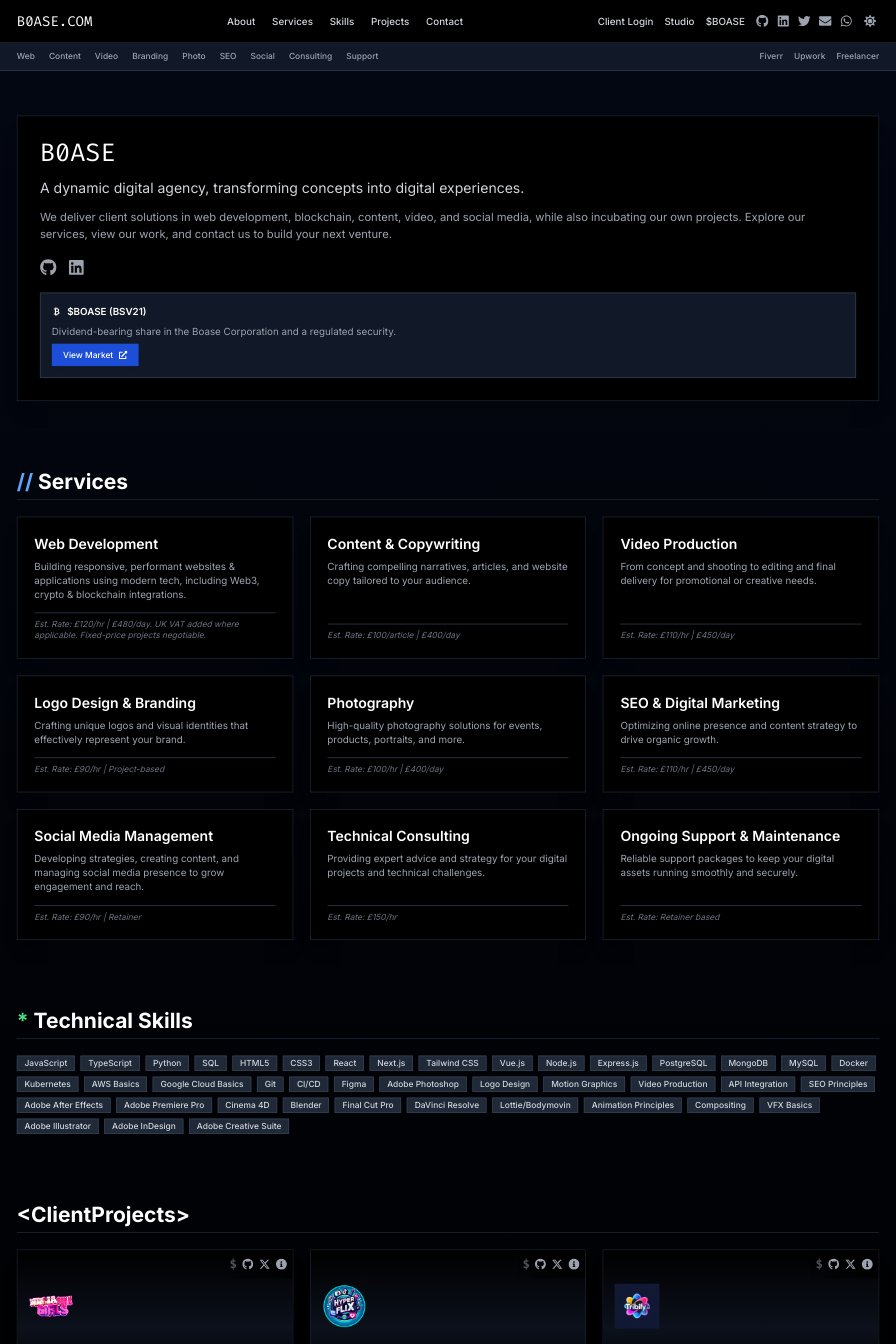
Repository: b0ase/rafskitchen
Page: /
These files come from the project's save history. The page is drawn as it stood at one moment and after the next save; the edit follows.
The browser window is 1280 px wide. The pictures show the part of the page from y = 0 to 1920 px (the page is 4732 px tall before and 4752 px after), at 70% of full size.
The project was rebuilt for these pictures with package versions that can differ from the ones it lists, and the page was loaded fresh each time. The framework's server and built-in components were replaced by stand-ins that run in the browser. Also part of the build but not shown: next.config.js.

Above is the page before, as saved 2025-05-02 15:48:04.

### app/layout.tsx
import type { Metadata } from "next";
// Import both Inter and Fira_Code
import { Inter, Fira_Code } from "next/font/google";
import "./globals.css";
import Header from "./components/Header";
import Footer from "./components/Footer";
// Import new nav components
import ServicesNavigation from "./components/ServicesNavigation";
// Import ThemeProvider
import { ThemeProvider } from "./context/ThemeContext";

// Configure Inter (for default body text)
const inter = Inter({
  subsets: ["latin"],
  display: 'swap',
  variable: '--font-inter', // Variable for Inter
});

// Configure Fira_Code (for specific elements)
const fira_code = Fira_Code({
  subsets: ["latin"],
  display: 'swap',
  variable: '--font-fira-code', // Variable for Fira Code
});

export const metadata: Metadata = {
  title: "B0ASE.COM | Digital Agency",
  description: "B0ASE.COM - Digital Agency specializing in Web Development, Blockchain, Content, Video, and Social Media.",
};

export default function RootLayout({
  children,
}: {
  children: React.ReactNode;
}) {
  return (
    <html lang="en" suppressHydrationWarning className={`${inter.variable} ${fira_code.variable}`}>
      <head>
        <script
          dangerouslySetInnerHTML={{
            __html: `
              (function() {
                function getInitialTheme() {
                  try {
                    const storedTheme = window.localStorage.getItem('theme');
                    if (storedTheme) return storedTheme;
                    return window.matchMedia('(prefers-color-scheme: dark)').matches ? 'dark' : 'light';
                  } catch (e) {
                    // If localStorage is unavailable (e.g., cookies disabled or SSR)
                    return 'light'; // Default to light theme
                  }
                }
                const theme = getInitialTheme();
                if (theme === 'dark') {
                  document.documentElement.classList.add('dark');
                }
              })();
            `,
          }}
        />
        {/* Other head elements like meta tags will be injected by Next.js here */}
      </head>
      {/* Apply default font (Inter) via font-sans class */}
      <body className={`font-sans`}>
        <ThemeProvider>
          {/* Header and Footer MUST be outside ThemeProvider or siblings to {children} to wrap content */}
          <Header />
          <ServicesNavigation />
          <div className="flex flex-col min-h-screen"> {/* Optional wrapper for main content flex */}
            <main className="flex-grow">
              {children}
            </main>
          </div>
          <Footer />
        </ThemeProvider>
      </body>
    </html>
  );
}

### app/globals.css
@tailwind base;
@tailwind components;
@tailwind utilities;

body {
  /* Base light theme styles */
  @apply bg-white text-gray-900;
}

/* Define dark mode styles using the 'dark' class applied by ThemeContext */
html.dark body {
   @apply bg-gradient-to-b from-gray-950 via-black to-gray-950 text-gray-300;
}

@layer utilities {
  .text-balance {
    text-wrap: balance;
  }
}

### app/components/Footer.tsx
'use client';

import React from 'react';

export default function Footer() {
  const currentYear = new Date().getFullYear();

  return (
    <footer className="bg-gray-950 border-t border-gray-800 mt-16 py-6">
      <div className="container mx-auto px-4 text-center text-gray-500 text-sm">
        <p>&copy; {currentYear} b0ase.com. All rights reserved.</p>
        {/* Optional: Add links to privacy policy, terms, etc. */}
      </div>
    </footer>
  );
}

### app/components/ProjectCardImage.tsx
'use client';

import React from 'react';
import Image from 'next/image';

interface ProjectCardImageProps {
  imageUrls: string[];
  alt: string;
}

const ProjectCardImage: React.FC<ProjectCardImageProps> = ({
  imageUrls,
  alt,
}) => {
  // Handle cases with no images
  if (!imageUrls || imageUrls.length === 0) {
    // Return null or a minimal placeholder, parent div now handles background
    return null;
  }

  // Always use the first image
  const imageUrl = imageUrls[0];

  return (
    <Image
      src={imageUrl}
      alt={alt}
      width={64}
      height={64}
      className="object-contain"
      priority
    />
  );
};

export default ProjectCardImage;

### lib/data.ts
import { Url } from "url";

// Helper function to create project stubs
const createProjectStub = (id: number, title: string, description: string, status?: string, tech?: string[], tokenName?: string, tokenProgressPercent?: number, cardImageUrls?: string[], xUrl?: string, githubUrl?: string, notionUrl?: string) => {
  // Ensure title is treated as a string for slug generation
  const safeTitle = (title || '');
  const slug = safeTitle.toLowerCase().replace(/\s+/g, '-') // Replace spaces with hyphens
                       .replace(/[^a-z0-9\-]/g, '') // Remove invalid chars
                       .replace(/\.+/g, '-'); // Replace periods with hyphens specifically for domain-like titles

  const defaultStatus = status || 'Concept';
  const defaultTech = tech || [];
  const defaultTokenName = tokenName || '';
  const defaultTokenProgress = tokenProgressPercent || 0;
  const defaultCardImageUrls = cardImageUrls || []; // Default to empty array

  return {
    id,
    title,
    slug, // Add generated slug
    description,
    tech: defaultTech,
    githubUrl: githubUrl || `https://github.com/b0ase/${slug}`, // Use slug for default URLs too?
    xUrl: xUrl || `https://x.com/${slug}`,
    notionUrl: notionUrl || '#',
    tokenName: defaultTokenName,
    tokenProgressPercent: defaultTokenProgress,
    status: defaultStatus,
    type: 'domain', // Default type, can be overridden
    cardImageUrls: defaultCardImageUrls // Use the new array field
  };
};

// Define the structure for a Service
export interface Service {
  id: number;
  slug: string;
  title: string;
  description: string;
  detailedDescription: string;
  priceInfo?: string;
}

// Define the structure for a Project
export interface Project {
  id: number;
  title: string;
  slug: string;
  description: string;
  tech: string[];
  githubUrl?: string;
  xUrl?: string;
  notionUrl?: string;
  tokenName?: string;
  tokenProgressPercent?: number;
  status: string;
  type: 'domain' | 'github';
  cardImageUrls?: string[]; // Changed from imageUrl to cardImageUrls
  tokenMarketUrl?: string; // Added for specific projects
  tokenPlatform?: string; // Added for specific projects
}

export interface SkillsData {
    technical: string[];
    // soft?: string[]; // Optional: Add other skill categories if needed
}

export interface PortfolioData {
    about: {
        name: string;
        tagline: string;
        bio: string;
        socials: {
            github: string;
            linkedin: string;
            x: string;
            youtube: string;
            fiverr: string;
            upwork: string;
            freelancer: string;
        };
        token: {
            name: string;
            ticker: string;
            description: string;
            platform: string;
            marketLink: string;
        };
    };
    projects: Project[];
    skills: SkillsData;
    services: Service[];
    contact: { email: string; };
}

// Main data object
export const portfolioData: PortfolioData = {
  about: {
    name: 'B0ASE',
    tagline: 'A dynamic digital agency, transforming concepts into digital experiences.',
    bio: "We deliver client solutions in web development, blockchain, content, video, and social media, while also incubating our own projects. Explore our services, view our work, and contact us to build your next venture.",
    socials: {
      github: 'https://github.com/b0ase',
      linkedin: 'https://www.linkedin.com/in/richardboase/',
      x: 'https://x.com/b0ase',
      youtube: 'https://www.youtube.com/@richardboase',
      fiverr: 'https://www.fiverr.com/your_username',
      upwork: 'https://www.upwork.com/freelancers/your_profile',
      freelancer: 'https://www.freelancer.com/u/your_username'
    },
    token: {
      name: '$BOASE',
      ticker: 'BSV21',
      description: 'Dividend-bearing share in the Boase Corporation and a regulated security.',
      platform: 'BSV21',
      marketLink: 'https://1sat.market/market/bsv21/c3bf2d7a4519ddc633bc91bbfd1022db1a77da71e16bb582b0acc0d8f7836161_1'
    }
  },
  projects: [
    // Domain Projects
    { ...createProjectStub(7, 'ninjapunkgirls.com', 'A vibrant NFT marketplace showcasing unique digital art of cyberpunk female warriors.', 'Ltd Company', [], '$NPG', 85, [
      '/images/clientprojects/ninjapunkgirls/slug/NPG%20logo.png'
    ]), type: 'domain' as const },
    { ...createProjectStub(8, 'hyper-flix.com', 'Innovative memecoin marketing platform specializing in viral TikTok campaigns and social engagement.', 'B2C', ['TikTok', 'Social Media', 'Crypto'], '$HFLIX', 100, ['/images/clientprojects/hyper-flix/slug/HYPERFLIXLOGO%20(1).png']), type: 'domain' as const },
    { ...createProjectStub(9, 'tribify.ai', 'AI-powered community platform that connects like-minded individuals through shared interests.', 'SaaS', [], '$TRIBE', 100, ['/images/clientprojects/tribify/slug/TribifyAILogo.JPG']), type: 'domain' as const },
    { ...createProjectStub(10, 'aitribes.online', 'Dynamic social network where AI agents and humans collaborate to create unique digital experiences.', 'Platform', [], '$AITR', 100, []), type: 'domain' as const },
    { ...createProjectStub(11, 'lilithtattoo.com', 'Elegant portfolio showcase for a renowned tattoo artist specializing in dark art and mystical designs.', 'Service', [], '$LILITH', 100, []), type: 'domain' as const },
    { ...createProjectStub(12, 'metagraph.app', 'Innovative data visualization tool that transforms complex relationships into interactive 3D networks.', 'App', [], '$META', 100, []), type: 'domain' as const },
    { ...createProjectStub(13, 'floop.online', 'Real-time collaborative workspace for creative professionals with integrated project management.', 'Platform', [], '$FLOOP', 100, []), type: 'domain' as const },
    { ...createProjectStub(14, 'dns-dex.com', 'Decentralized domain name exchange platform revolutionizing how web addresses are traded.', 'Platform', [], '$DNSD', 100, []), type: 'domain' as const },
    { ...createProjectStub(15, 'tribeswallet.com', 'Secure multi-chain cryptocurrency wallet designed for community-driven token ecosystems.', 'App', [], '$TWALL', 100, []), type: 'domain' as const },
    { ...createProjectStub(16, 'pennypics.store', 'Micro-payment based image marketplace where photographers earn per view.', 'E-commerce', [], '$PICS', 100, []), type: 'domain' as const },
    { ...createProjectStub(17, 'missvoid.store', 'Avant-garde fashion boutique featuring cyberpunk and dystopian-inspired clothing.', 'E-commerce', [], '$VOID', 100, []), type: 'domain' as const },
    { ...createProjectStub(18, 'interiordesigns.website', 'Virtual interior design consultation platform with AI-powered room visualization.', 'Service', [], '$NTR', 100, []), type: 'domain' as const },

    // GitHub Repos
    {
      id: 1,
      title: 'AIOSX',
      slug: 'aiosx', // Manually add slug
      description: 'Fork of AIOS: LLM Agent Operating System. Exploring potential applications.',
      tech: ['Python'],
      githubUrl: 'https://github.com/b0ase/AIOSX',
      xUrl: '#',
      notionUrl: '#',
      status: 'Exploration',
      type: 'github' as const,
      tokenName: '$AIOSX',
      tokenProgressPercent: 100,
      cardImageUrls: [] // Initialize for GitHub repos
    },
    {
      id: 2,
      title: 'bitcoin (Fork)',
      slug: 'bitcoin-fork', // Manually add slug
      description: 'Fork of Bitcoin Core integration/staging tree. For study and potential integration.',
      tech: ['TypeScript'],
      githubUrl: 'https://github.com/b0ase/bitcoin',
      xUrl: '#',
      notionUrl: '#',
      status: 'Study',
      type: 'github' as const,
      tokenName: '$BTC_FORK',
      tokenProgressPercent: 100,
      cardImageUrls: []
    },
    {
      id: 3,
      title: 'npgpublic',
      slug: 'npgpublic', // Manually add slug
      description: 'Public Go project. Purpose and potential to be defined.',
      tech: ['Go'],
      githubUrl: 'https://github.com/b0ase/npgpublic',
      xUrl: '#',
      notionUrl: '#',
      status: 'Concept',
      type: 'github' as const,
      tokenName: '$NPG_DEV',
      tokenProgressPercent: 100,
      cardImageUrls: []
    },
    {
      id: 4,
      title: 'Penshun',
      slug: 'penshun', // Manually add slug
      description: 'Fork of simply-stream: Lock to Stream Bitcoin. Investigating streaming payment models.',
      tech: ['JavaScript'],
      githubUrl: 'https://github.com/b0ase/Penshun',
      xUrl: '#',
      notionUrl: '#',
      status: 'Investigation',
      type: 'github' as const,
      tokenName: '$PENSHUN',
      tokenProgressPercent: 100,
      cardImageUrls: []
    },
    {
      id: 5,
      title: 'Weight',
      slug: 'weight', // Manually add slug
      description: 'Fork of hodlocker: Lock Bitcoins to Social Posts. Experimenting with social/economic weighting.',
      tech: ['TypeScript'],
      githubUrl: 'https://github.com/b0ase/Weight',
      xUrl: '#',
      notionUrl: '#',
      status: 'Experiment',
      type: 'github' as const,
      tokenName: '$WEIGHT',
      tokenProgressPercent: 100,
      cardImageUrls: []
    },
    {
      id: 6,
      title: 'Yours-HandCash-Login',
      slug: 'yours-handcash-login', // Manually add slug
      description: 'Fork of Yours Wallet: Yours/HandCash Integration exploration.',
      tech: ['JavaScript'],
      githubUrl: 'https://github.com/b0ase/Yours-HandCash-Login',
      xUrl: '#',
      notionUrl: '#',
      status: 'Archived/Study',
      type: 'github' as const,
      tokenName: '$YHC',
      tokenProgressPercent: 100,
      cardImageUrls: []
    },
    {
      id: 19,
      title: 'Index Token',
      slug: 'index-token', // Manually add slug
      description: 'Concept and development for an index-based token system.',
      tech: ['Solidity', 'TypeScript'],
      githubUrl: 'https://github.com/b0ase/index-token',
      xUrl: '#',
      notionUrl: '#',
      status: 'Development',
      type: 'github' as const,
      tokenName: '$INDEX',
      tokenProgressPercent: 100,
      cardImageUrls: ['/images/development/index-token/index-token-bg.jpg']
    },
  ],
  skills: {
    technical: [
      'JavaScript', 'TypeScript', 'Python', 'SQL', 'HTML5', 'CSS3',
      'React', 'Next.js', 'Tailwind CSS', 'Vue.js',
      'Node.js', 'Express.js', 'PostgreSQL', 'MongoDB', 'MySQL',
      'Docker', 'Kubernetes', 'AWS Basics', 'Google Cloud Basics', 'Git', 'CI/CD',
      'Figma', 'Adobe Photoshop', 'Logo Design', 'Motion Graphics', 'Video Production', 'API Integration', 'SEO Principles',
      'Adobe After Effects', 'Adobe Premiere Pro', 'Cinema 4D', 'Blender',
      'Final Cut Pro', 'DaVinci Resolve', 'Lottie/Bodymovin', 'Animation Principles',
      'Compositing', 'VFX Basics', 'Adobe Illustrator', 'Adobe InDesign', 'Adobe Creative Suite'
    ],
    // soft: ["Communication", "Problem Solving"] // Add soft skills here if desired
  },
  services: [
    {
      id: 1,
      slug: "web-development",
      title: "Web Development",
      description: "Building responsive, performant websites & applications using modern tech, including Web3, crypto & blockchain integrations.",
      detailedDescription: "Our web development process focuses on creating high-performance, scalable, and visually appealing digital experiences. We leverage modern frameworks like Next.js and React, combined with best practices in SEO, accessibility, and user experience. From simple landing pages to complex web applications and e-commerce platforms, we tailor solutions to meet specific business goals.",
      priceInfo: "Est. Rate: £120/hr | £480/day. UK VAT added where applicable. Fixed-price projects negotiable."
    },
    {
      id: 2,
      slug: "content-copywriting",
      title: "Content & Copywriting",
      description: "Crafting compelling narratives, articles, and website copy tailored to your audience.",
      detailedDescription: "We create engaging and SEO-optimized content that resonates with your target audience. Our services include blog posts, articles, website copy, social media content, email marketing campaigns, and more. We focus on clear communication and storytelling to enhance your brand voice.",
      priceInfo: "Est. Rate: £100/article | £400/day"
    },
    {
      id: 3,
      slug: "video-production",
      title: "Video Production",
      description: "From concept and shooting to editing and final delivery for promotional or creative needs.",
      detailedDescription: "Full-service video production covering concept development, storyboarding, filming, editing, color grading, motion graphics, and final delivery. We produce promotional videos, documentaries, interviews, social media clips, and more, using professional equipment and techniques.",
      priceInfo: "Est. Rate: £110/hr | £450/day"
    },
    {
      id: 4,
      slug: "logo-branding",
      title: "Logo Design & Branding",
      description: "Crafting unique logos and visual identities that effectively represent your brand.",
      detailedDescription: "We develop strong visual identities, starting with logo design and extending to brand guidelines, color palettes, typography, and marketing collateral design. Our goal is to create a cohesive and memorable brand image that aligns with your values.",
      priceInfo: "Est. Rate: £90/hr | Project-based"
    },
    {
      id: 5,
      slug: "photography",
      title: "Photography",
      description: "High-quality photography solutions for events, products, portraits, and more.",
      detailedDescription: "Professional photography services including event coverage, product photography, corporate headshots, lifestyle portraits, and architectural photography. We provide high-resolution images, expertly edited to meet your specific requirements.",
      priceInfo: "Est. Rate: £100/hr | £400/day"
    },
    {
      id: 6,
      slug: "seo-marketing",
      title: "SEO & Digital Marketing",
      description: "Optimizing online presence and content strategy to drive organic growth.",
      detailedDescription: "Comprehensive SEO services including keyword research, on-page optimization, technical SEO audits, link building, and content strategy development. We also offer broader digital marketing support, including PPC campaign management and analytics reporting.",
      priceInfo: "Est. Rate: £110/hr | £450/day"
    },
    {
      id: 7,
      slug: "social-media-management",
      title: "Social Media Management",
      description: "Developing strategies, creating content, and managing social media presence to grow engagement and reach.",
      detailedDescription: "Strategic social media management across various platforms. We handle content creation, scheduling, community engagement, performance tracking, and paid social advertising campaigns to build brand awareness and drive results.",
      priceInfo: "Est. Rate: £90/hr | Retainer"
    },
    {
      id: 8,
      slug: "technical-consulting",
      title: "Technical Consulting",
      description: "Providing expert advice and strategy for your digital projects and technical challenges.",
      detailedDescription: "Leverage our technical expertise for strategic decision-making. We offer consulting on technology stack selection, software architecture design, project planning, feasibility studies, and technical team guidance.",
      priceInfo: "Est. Rate: £150/hr"
    },
    {
      id: 9,
      slug: "support-maintenance",
      title: "Ongoing Support & Maintenance",
      description: "Reliable support packages to keep your digital assets running smoothly and securely.",
      detailedDescription: "Customizable support and maintenance plans to ensure your websites and applications remain secure, up-to-date, and performant. Services include regular updates, security monitoring, backups, performance checks, and troubleshooting.",
      priceInfo: "Est. Rate: Retainer based"
    }
  ],
  contact: {
    email: "richardwboase@gmail.com"
  }
};

### app/components/ThemeToggle.tsx
'use client';

import React from 'react';
import { useTheme } from '../context/ThemeContext';
import { FaSun, FaMoon } from 'react-icons/fa';

export default function ThemeToggle() {
  const { theme, toggleTheme, isMounted } = useTheme();

  // Avoid rendering toggle based on initial state before mount
  if (!isMounted) {
    // Render a placeholder or null during server render/hydration
    // to avoid mismatch between server and client initial theme
    return <div className="w-6 h-6"></div>; // Placeholder with same size as button
  }

  return (
    <button
      onClick={toggleTheme}
      className="p-1 rounded-md text-gray-400 hover:text-white hover:bg-gray-700 transition-colors duration-200 focus:outline-none focus:ring-2 focus:ring-offset-2 focus:ring-offset-gray-900 focus:ring-white"
      aria-label={theme === 'light' ? 'Switch to dark mode' : 'Switch to light mode'}
    >
      {theme === 'light' ? <FaMoon size={18} /> : <FaSun size={18} />}
    </button>
  );
}

Loaded but not shown: tailwind.config.js (25 lines, source omitted); app/page.tsx (289 lines, source omitted); app/components/Header.tsx (127 lines, source omitted); app/components/ProjectCardLoginOverlay.tsx (134 lines, source omitted); app/components/ServicesNavigation.tsx (71 lines, source omitted); app/context/ThemeContext.tsx (77 lines, source omitted); app/components/CharacterCycle.tsx (69 lines, source omitted)

After the next save:
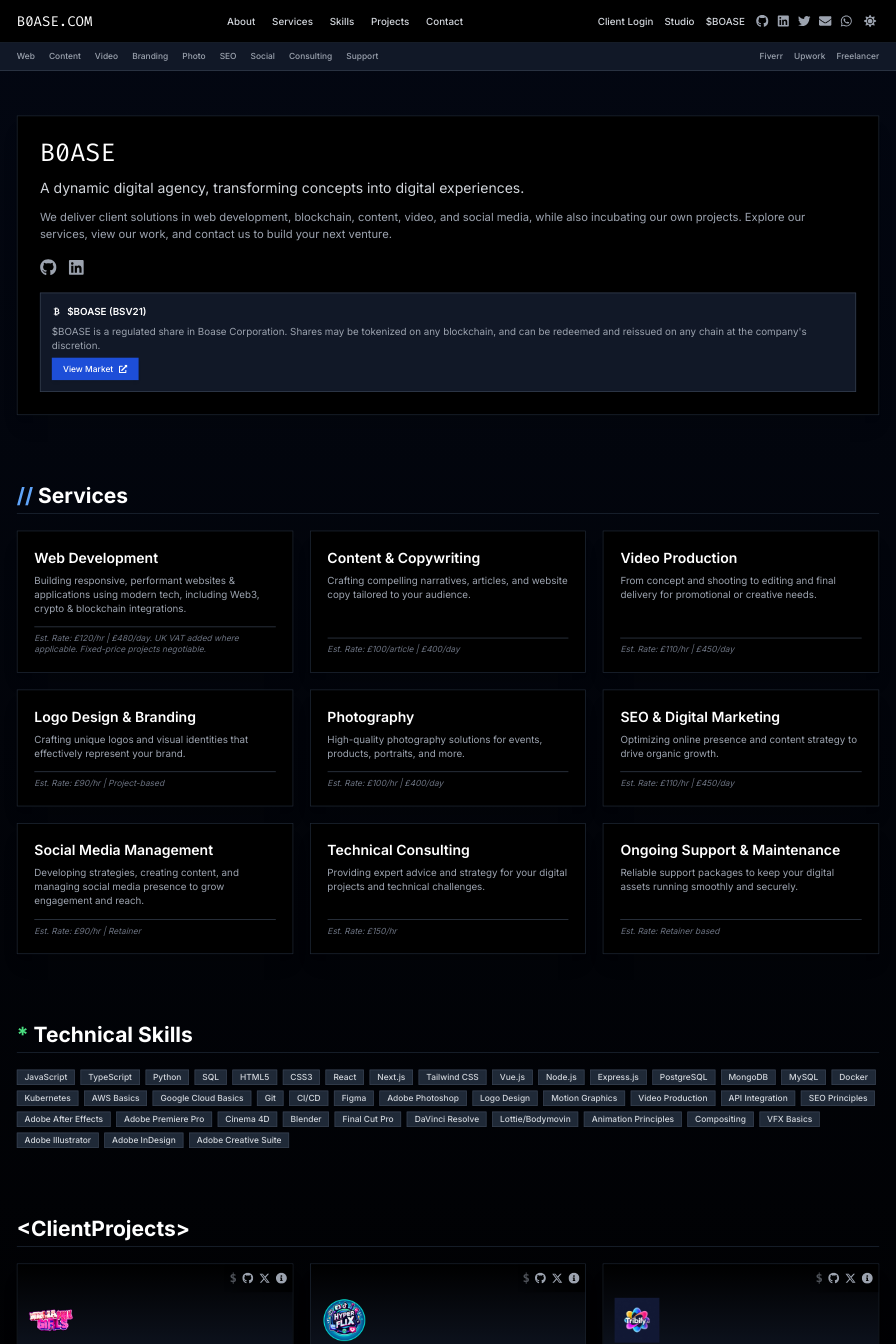
Saved 2 min 14 s later.
--- a/lib/data.ts
+++ b/lib/data.ts
@@ -111,7 +111,7 @@
     token: {
       name: '$BOASE',
       ticker: 'BSV21',
-      description: 'Dividend-bearing share in the Boase Corporation and a regulated security.',
+      description: "$BOASE is a regulated share in Boase Corporation. Shares may be tokenized on any blockchain, and can be redeemed and reissued on any chain at the company's discretion.",
       platform: 'BSV21',
       marketLink: 'https://1sat.market/market/bsv21/c3bf2d7a4519ddc633bc91bbfd1022db1a77da71e16bb582b0acc0d8f7836161_1'
     }
